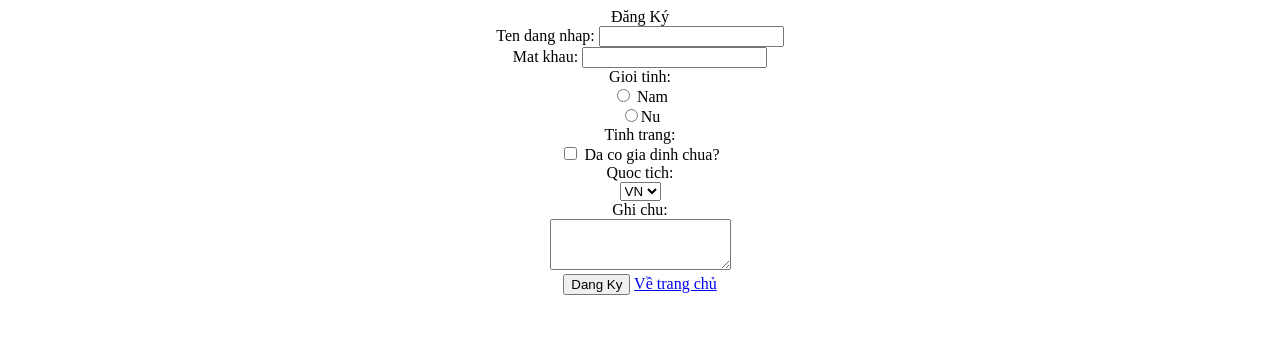
Repository: saiyagodvp/_java4
Page: http://localhost/Lab2/bai3
These files come from the project's save history. The page is drawn as it stood at one moment and after the next save; the edit follows.
The browser window is 1280 px wide. The pictures show the whole page.
The page is served by Tomcat 9. Other server files are loaded and not shown.

Above is the page before, as saved 2023-03-22 11:27:20.

### Lab2/src/main/webapp/views/bai3.jsp
<%@ page language="java" contentType="text/html; charset=UTF-8"
	pageEncoding="UTF-8"%>
<!DOCTYPE html>
<html>
<head>
<meta charset="UTF-8">
<title>Insert title here</title>
</head>
<body align="center">
	<header> Đăng Ký </header>
	<form action="/bai3" method="post">
		<div>
			<label for="username">Ten dang nhap: </label> <input id="username"
				type="text" name="username" />
		</div>
		<div>
			<label for="password">Mat khau: </label> <input id="password"
				type="text" name="password" />
		</div>
		<div>
			<label for="male">Gioi tinh: </label>
			<div>
				<input type="radio" id="male" id="male" name="gioiTinh" value="Nam" />
				<label for="male">Nam</label>
			</div>
			<div>
				<input type="radio" id="female" id="female" name="gioiTinh"
					value="Nu" />Nu<label for="female"></label>
			</div>
		</div>
		<div>
			<label for="married">Tinh trang: </label>
			<div>
				<input type="checkbox" id="male" name="married"
					value="Da lap gia dinh" /> <label for="married">Da co gia
					dinh chua?</label>
			</div>
		</div>
		<div>
			<label for="country">Quoc tich: </label>
			<div>
				<select name="country" id="country">
					<option value="VN">VN</option>
					<option value="JP">JP</option>
					<option value="TH">KR</option>
					<option value="TH">TH</option>
				</select>
			</div>
		</div>
		<div>
			<label for="ghiChu">Ghi chu: </label>
			<div>
				<textarea rows="3"  name="ghiChu" id="ghiChu"></textarea>
			</div>
		</div>
		<button formaction="/Lab2/bai2">Dang Ky</button>
		<a href="/Lab2">Về trang chủ</a>
	</form>
</body>
</html>

### Lab2/src/main/java/controller/ServletBai3.java
package controller;

import java.io.IOException;
import javax.servlet.ServletException;
import javax.servlet.annotation.WebServlet;
import javax.servlet.http.HttpServlet;
import javax.servlet.http.HttpServletRequest;
import javax.servlet.http.HttpServletResponse;


@WebServlet("/bai3")
public class ServletBai3 extends HttpServlet {
	private static final long serialVersionUID = 1L;


    public ServletBai3() {
        super();

    }

	protected void doGet(HttpServletRequest request, HttpServletResponse response) throws ServletException, IOException {
		request.getRequestDispatcher("/views/bai3.jsp").forward(request, response);
	}


	protected void doPost(HttpServletRequest request, HttpServletResponse response) throws ServletException, IOException {

	}

}

After the next save:
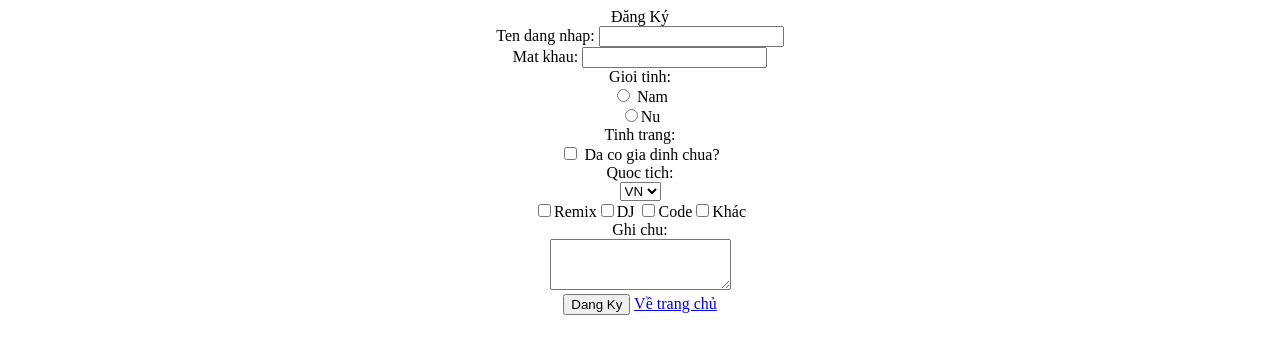
Saved 2 min 40 s later.
--- a/Lab2/src/main/webapp/views/bai3.jsp
+++ b/Lab2/src/main/webapp/views/bai3.jsp
@@ -47,10 +47,18 @@
 				</select>
 			</div>
 		</div>
+
+		<div>
+			<input name="soThich" type="checkbox" value="Remix">Remix<input
+				name="soThich" type="checkbox" value="DJ">DJ <input
+				name="soThich" type="checkbox" value="Code">Code<input
+				name="soThich" type="checkbox" value="Khac">Khác<br>
+		</div>
+
 		<div>
 			<label for="ghiChu">Ghi chu: </label>
 			<div>
-				<textarea rows="3"  name="ghiChu" id="ghiChu"></textarea>
+				<textarea rows="3" name="ghiChu" id="ghiChu"></textarea>
 			</div>
 		</div>
 		<button formaction="/Lab2/bai2">Dang Ky</button>
